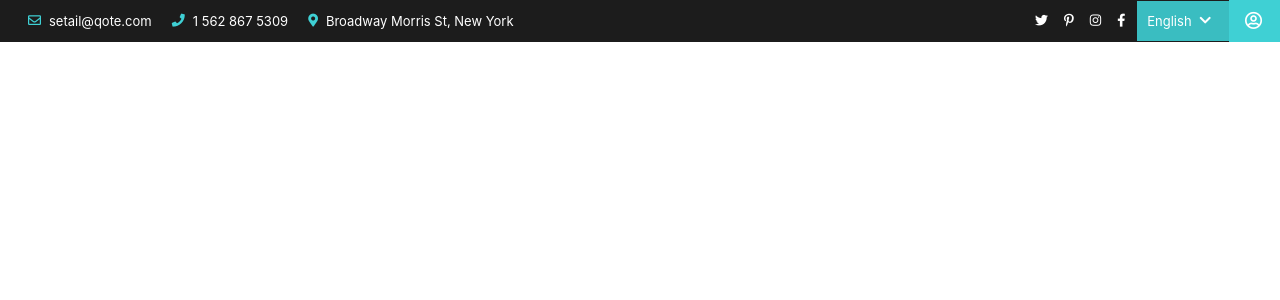
Repository: Hunga9k50doker/Setail
Page: /
These files come from the project's save history. The page is drawn as it stood at one moment and after a run of saves; the edit follows.
The browser window is 1280 px wide. The pictures show the whole page.
The project was rebuilt for these pictures with package versions that can differ from the ones it lists, and the page was loaded fresh each time.

Above is the page before, as saved 2021-10-17 23:48:57.

After the next 2 saves:
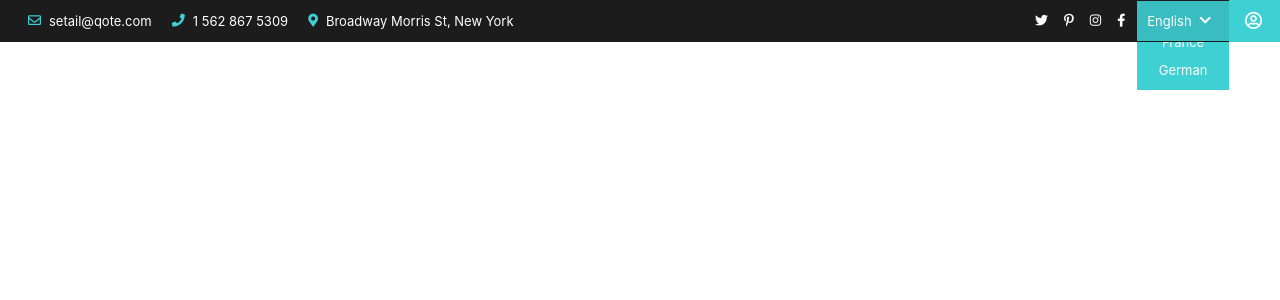
The 2 saves are shown as one change because they came seconds apart.
The last was saved 39 s later.
--- a/src/components/NavOnTop/NavOnTop.scss
+++ b/src/components/NavOnTop/NavOnTop.scss
@@ -31,8 +31,8 @@
        left: 0;
        right: 0;
       z-index: -1;
-      transform: translateY(-400%);
-      opacity: 0;
+      transform: translateY(-50%);
+    //   opacity: 0;
     }
     &-lang{
         padding:6px 10px;

After the save that followed:
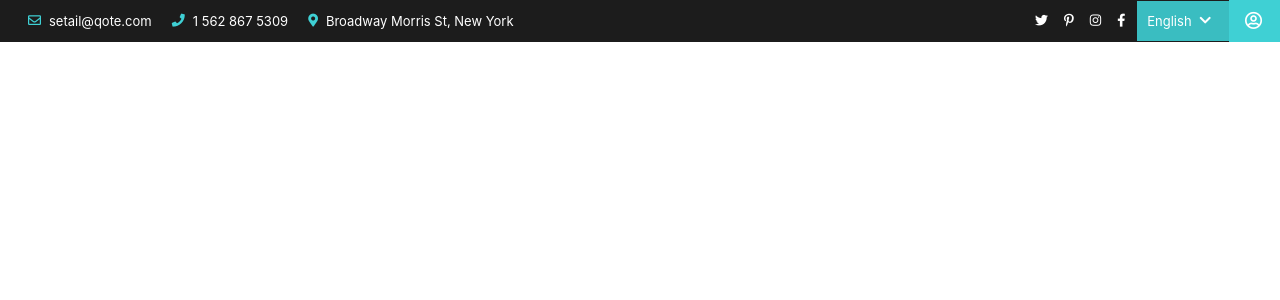
Saved 7 s later.
--- a/src/components/NavOnTop/NavOnTop.scss
+++ b/src/components/NavOnTop/NavOnTop.scss
@@ -32,7 +32,7 @@
        right: 0;
       z-index: -1;
       transform: translateY(-50%);
-    //   opacity: 0;
+      opacity: 0;
     }
     &-lang{
         padding:6px 10px;
